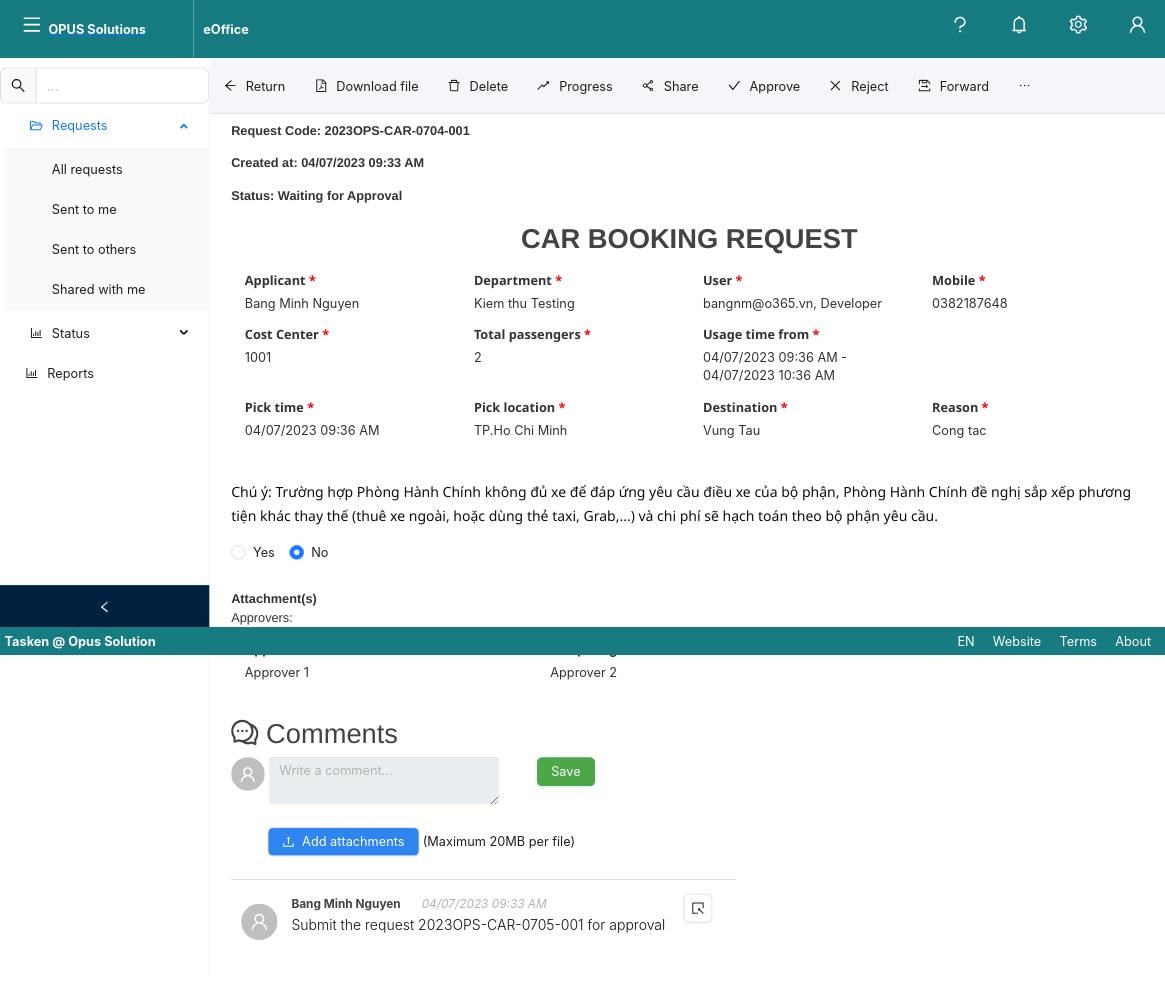
Repository: vannam272008/car-booking
Page: /request/detail
An editor plug-in stored every save of this project. The page is shown before and after the next save, followed by the edit.
The browser window is 1280 px wide. The pictures show the whole page, at 91% of full size.
The project was rebuilt for these pictures with package versions that can differ from the ones it lists, and the page was loaded fresh each time. Also part of the build but not shown: src/Pages/ManageRequest/index.css, src/Pages/ManageRequest/ManageRequest.tsx, src/Components/AddRequest/MenuAdd/index.tsx, src/Components/AddRequest/AddRequest/addRequest.css, src/Components/AddRequest/AddRequest/index.tsx. Imported but missing from the stored project, and not drawn on this page: src/Pages/Home.

Above is the page before, as saved 2023-07-09 21:25:41.

After the next save:
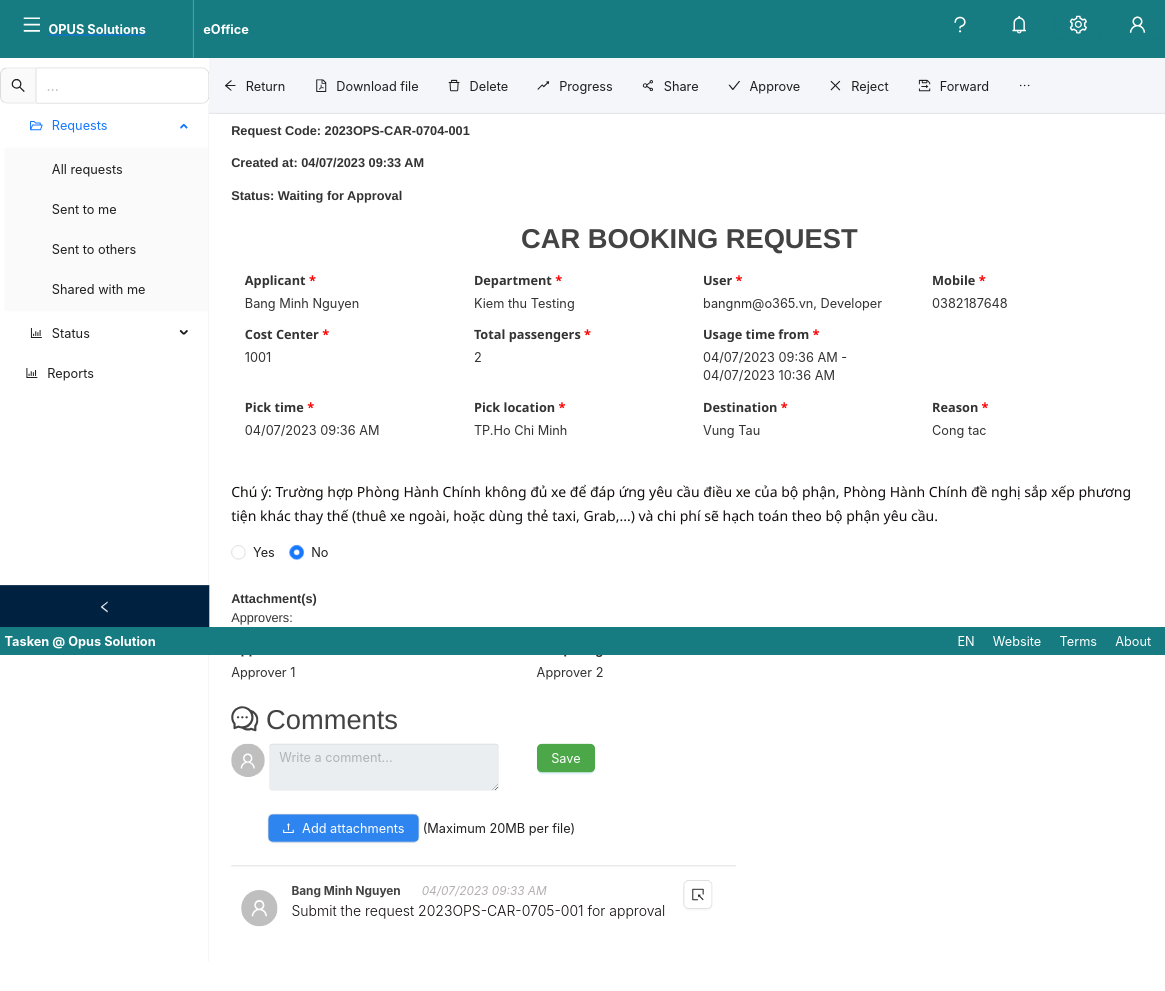
Saved 22 s later.
--- a/src/Components/DetailRequest/DetailRequest/detailRequest.css
+++ b/src/Components/DetailRequest/DetailRequest/detailRequest.css
@@ -73,10 +73,7 @@
     color: #130e0e;
   }
 
-  /* .Attachment > b{
-    font-weight: 700;
-  } */
-  .approver{
+  .list-approver{
     margin-bottom: 15px;
     position: relative;
     min-height: 1px;
